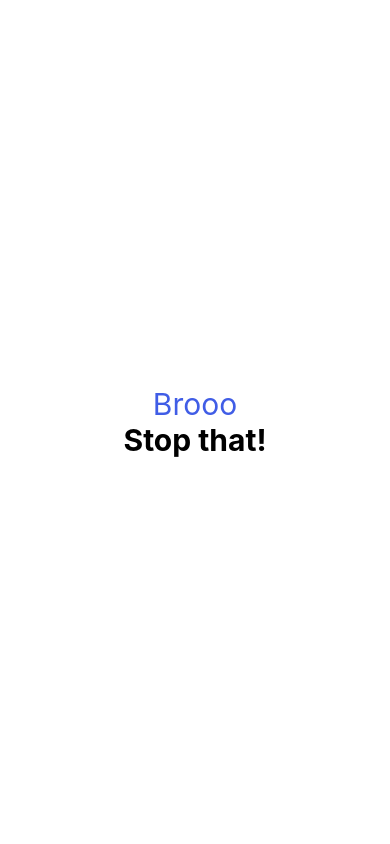
Repository: fshmasterflex/InstaLilly
Screen: /
These files come from the project's save history. The screen is drawn as it stood at one moment and after the next save; the edit follows.
The app was drawn by React Native's web renderer in a window 390 px wide. The project was rebuilt for these pictures with package versions that can differ from the ones it lists, and the page was loaded fresh each time.

Above is the screen before, as saved 2022-10-31 19:48:11.

After the next save:
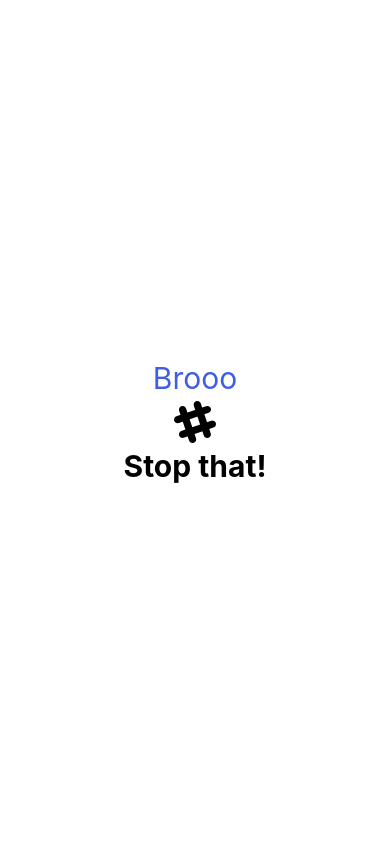
Saved 117 s later.
--- a/App.tsx
+++ b/App.tsx
@@ -9,7 +9,7 @@ const App = () => {
       <Text style={{color: colors.primary, fontSize: font.size.xxlg}}>
         Brooo
       </Text>
-      <AntDesign name="" size={48} />
+      <AntDesign name="slack" size={48} />
       <Text
         style={{
           color: colors.black,
